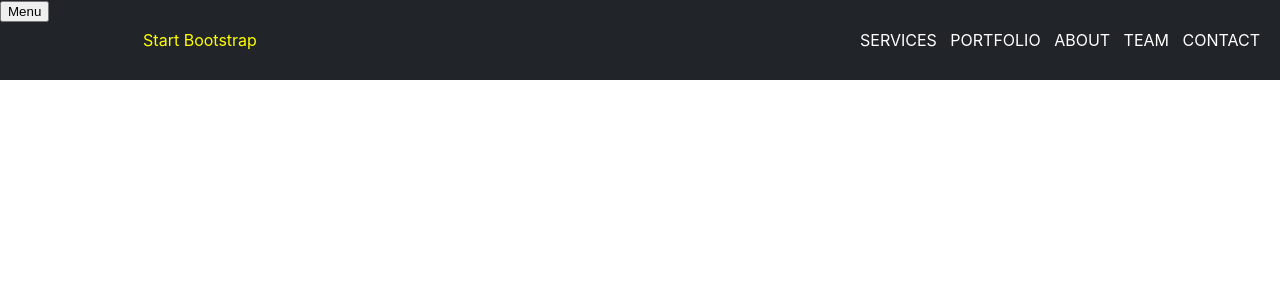
Repository: ooter37/media-queries-afternoon
Page: / (app in portfolio-clone/)
These files come from the project's save history. The page is drawn as it stood at one moment and after the next save; the edit follows.
The browser window is 1280 px wide. The pictures show the whole page.
The project was rebuilt for these pictures with package versions that can differ from the ones it lists, and the page was loaded fresh each time.

Above is the page before, as saved 2020-04-13 15:24:14.

### portfolio-clone/src/App.js
import React from 'react';
import './App.css';
import Banner from './Components/Banner'

function App() {
  return (
    <div className="App">
      <Banner />
    </div>
  );
}

export default App;

### portfolio-clone/src/App.css
body {
  width: 100vw;
}

.header {
  width: 100%;
  height: 80px;
  background-color: #212529;
  display: flex;
}



.buttons {
  width: 400px;
	display: flex;
	flex-direction: row;
	justify-content: space-between;
  align-items: center;
  position: fixed;
  top: 30px;
  right: 20px;
  color: white;
  font-weight: 400;
}


.start-bootstrap {
  width: 400px;
  display: flex;
  justify-content: center;
  position: fixed;
  top: 30px;
  left: 0px;
  color: yellow;
}

@media screen and (max-width: 991px) {
  .buttons-background {
    background-color: #212529;
  }
  .buttons {
    flex-direction: column;
    align-items: baseline;
    justify-content: space-around;
    min-width: 300px;
    height: 150px;
    left: 147px;
    top: 50px;

  }
  .buttons-background {
    width: 100vw;
    height: 400px;
  }
  .hide {
    display: none;
  }
  .menu-button {
    background-color: yellow;
    position: fixed;
    top: 20px;
    right: 20px;
  }
}

@media (min-width: 992px) {
  menu-button {
    display: none;
  }
}

### portfolio-clone/src/Components/Banner.js
import React from 'react'



export default class Banner extends React.Component {
    constructor() {
        super()
        this.state = {
            hideSidebar: false
        }
    }

    toggleSidebar() {
        this.setState((prev) => {
            return {
                hideSidebar: !prev.hideSidebar
            }
        })
        console.log(this.state.hideSidebar)

    }
    render() {
        return (
            <header className='header'>
                <nav>
                    <div className='start-bootstrap'>Start Bootstrap</div>
                            <button className='menu-button' onClick={() => this.toggleSidebar()}>Menu</button>
                            <div className={this.state.hideSidebar ? '': 'hide'}>
                                <div className='buttons-background'>
                                    <div className='buttons'>
                                        <div>SERVICES</div>
                                        <div>PORTFOLIO</div>
                                        <div>ABOUT</div>
                                        <div>TEAM</div>
                                        <div>CONTACT</div>
                                    </div>
                                </div>
                            </div>
                </nav>
                {/* <div className={this.state.hideSidebar ? 'hidden-buttons': ' buttons'}> */}
            </header>
        )
    }
}

Loaded but not shown: portfolio-clone/public/index.html (common file); portfolio-clone/src/index.js (common file); portfolio-clone/src/index.css (common file); portfolio-clone/src/serviceWorker.js (common file)

After the next save:
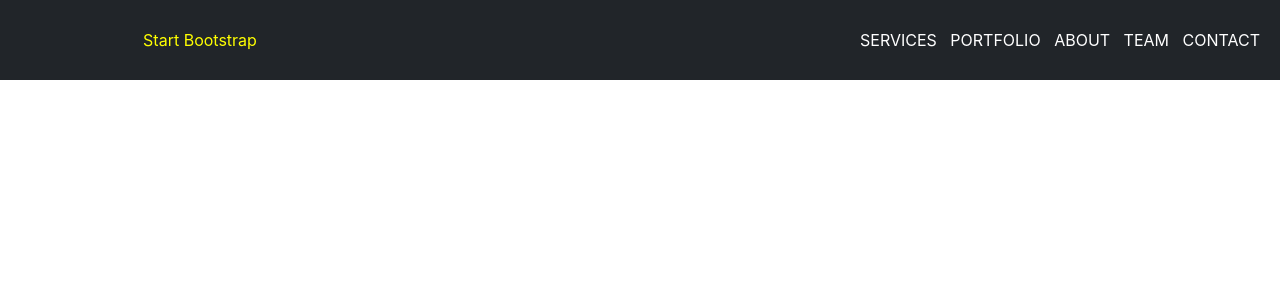
Saved 25 s later.
--- a/portfolio-clone/src/App.css
+++ b/portfolio-clone/src/App.css
@@ -64,8 +64,8 @@ body {
   }
 }
 
-@media (min-width: 992px) {
-  menu-button {
+@media screen and (min-width: 992px) {
+  .menu-button {
     display: none;
   }
 }
